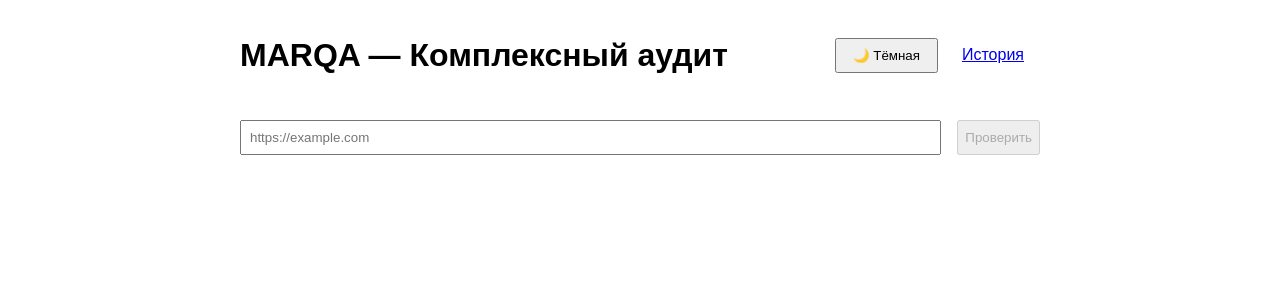
Repository: zubkovanatolii/marqa
Page: /
An editor plug-in stored every save of this project. The page is shown before and after the next save, followed by the edit.
The browser window is 1280 px wide. The pictures show the whole page.
The project was rebuilt for these pictures with package versions that can differ from the ones it lists, and the page was loaded fresh each time. The framework's server and built-in components were replaced by stand-ins that run in the browser. Also part of the build but not shown: next.config.mjs, components/Spinner.js.

Above is the page before, as saved 2025-05-01 23:55:48.

After the next save:
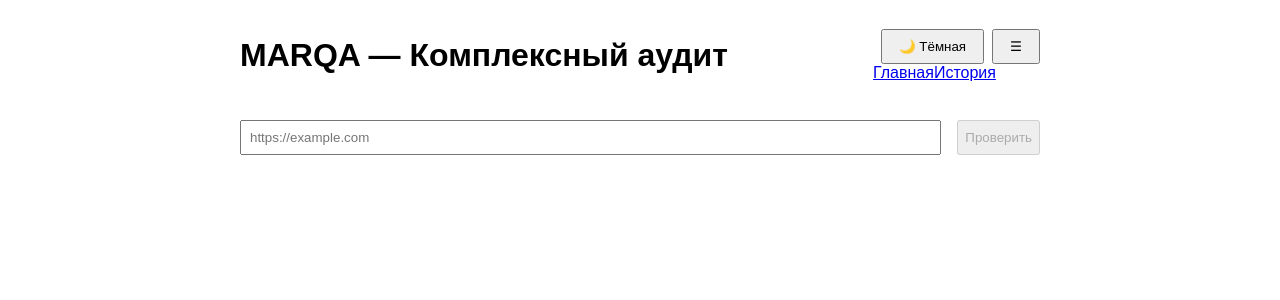
Saved 11 s later.
--- a/pages/index.js
+++ b/pages/index.js
@@ -1,13 +1,14 @@
 // pages/index.js
+import { useState } from 'react'
 import Link from 'next/link'
-import { useState } from 'react'
 import Spinner from '../components/Spinner'
 
 export default function Home({ theme, setTheme }) {
-  const [url, setUrl]         = useState('')
+  const [url, setUrl] = useState('')
   const [loading, setLoading] = useState(false)
   const [results, setResults] = useState(null)
-  const [error, setError]     = useState('')
+  const [error, setError] = useState('')
+  const [menuOpen, setMenuOpen] = useState(false)
 
   const handleCheck = async () => {
     setError('')
@@ -17,7 +18,7 @@ export default function Home({ theme, setTheme }) {
       const res = await fetch('/api/lighthouse', {
         method: 'POST',
         headers: { 'Content-Type': 'application/json' },
-        body: JSON.stringify({ url })
+        body: JSON.stringify({ url }),
       })
       const data = await res.json()
       if (data.success) setResults(data)
@@ -40,54 +41,63 @@ export default function Home({ theme, setTheme }) {
         <h1>MARQA — Комплексный аудит</h1>
         <div className="controls">
           <button
-            onClick={() => setTheme(t => t==='light'?'dark':'light')}
             className="theme-toggle"
+            onClick={() => setTheme(t => t === 'light' ? 'dark' : 'light')}
           >
-            {theme==='light' ? '🌙 Тёмная' : '☀️ Светлая'}
+            {theme === 'light' ? '🌙 Тёмная' : '☀️ Светлая'}
           </button>
-          <Link href="/history" legacyBehavior>
-            <a className="history-btn">История</a>
-          </Link>
+          <button
+            className="hamburger"
+            onClick={() => setMenuOpen(o => !o)}
+          >☰</button>
+          <nav className={menuOpen ? 'nav open' : 'nav'}>
+            <Link href="/" legacyBehavior><a>Главная</a></Link>
+            <Link href="/history" legacyBehavior><a>История</a></Link>
+          </nav>
         </div>
       </header>
 
-      <div className="form-row">
-        <input
-          type="url"
-          placeholder="https://example.com"
-          value={url}
-          onChange={e=>setUrl(e.target.value)}
-        />
-        <button onClick={handleCheck} disabled={loading||!url}>
-          {loading ? <Spinner /> : 'Проверить'}
-        </button>
-      </div>
+      <main>
+        <div className="form-row">
+          <input
+            type="url"
+            placeholder="https://example.com"
+            value={url}
+            onChange={e => setUrl(e.target.value)}
+          />
+          <button
+            onClick={handleCheck}
+            disabled={loading || !url}
+          >
+            {loading ? <Spinner /> : 'Проверить'}
+          </button>
+        </div>
 
-      {error && <p className="error">Ошибка: {error}</p>}
+        {error && <p className="error">Ошибка: {error}</p>}
 
-      {results && (
-        <div className="results">
-          {['performance','accessibility','bestPractices','seo','pwa'].map(key => {
-            const label = {
-              performance:'Performance',
-              accessibility:'Accessibility',
-              bestPractices:'Best Practices',
-              seo:'SEO',
-              pwa:'PWA',
-            }[key]
-            const val = results[key]
-            return (
-              <div
-                key={key}
-                className="result-item"
-                style={{ color: colorFor(val) }}
-              >
-                {label}: {val}%
-              </div>
-            )
-          })}
-        </div>
-      )}
+        {results && (
+          <>
+            <h2>Результаты</h2>
+            <ul className="results">
+              {['performance','accessibility','bestPractices','seo','pwa'].map(key => {
+                const label = {
+                  performance:'Performance',
+                  accessibility:'Accessibility',
+                  bestPractices:'Best Practices',
+                  seo:'SEO',
+                  pwa:'PWA',
+                }[key]
+                const val = results[key]
+                return (
+                  <li key={key} style={{ color: colorFor(val) }}>
+                    {label}: {val}%
+                  </li>
+                )
+              })}
+            </ul>
+          </>
+        )}
+      </main>
     </div>
   )
 }
